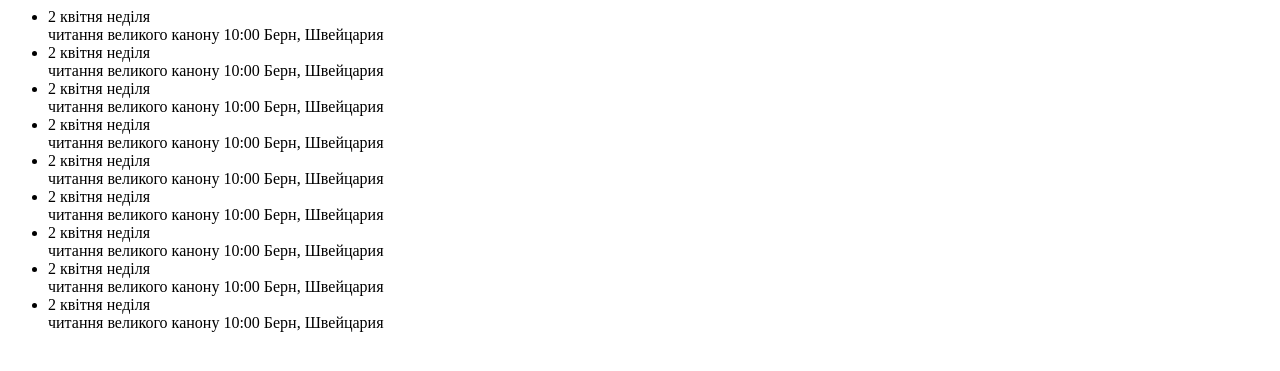
Repository: Gray-01/upcV5
Page: http://localhost/template-parts/schedule.php
These files come from the project's save history. The page is drawn as it stood at one moment and after the next save; the edit follows.
The browser window is 1280 px wide. The pictures show the whole page.
The page is run by PHP 8.4 with error messages shown; the project is at /var/www/html/.

Above is the page before, as saved 2025-10-09 06:40:54.

After the next save:
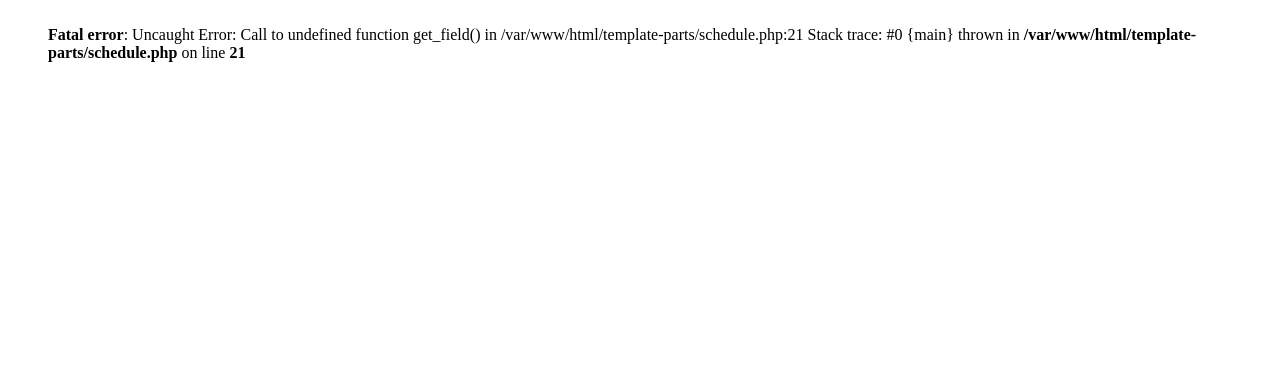
Saved 25 min 41 s later.
--- a/template-parts/schedule.php
+++ b/template-parts/schedule.php
@@ -18,6 +18,20 @@
 
       <ul class="schedule__list">
 
+      <?php if (get_field('schedule_date_1') || get_field('schedule_day_1') || get_field('schedule_event_1') || get_field('schedule_time_1') || get_field('schedule_place_1')): ?>
+            <li class="schedule__item">
+              <div class="schedule__datetime">
+                <time class="schedule__date"><?php the_field('schedule_date_1'); ?></time>
+                <time class="schedule__day"><?php the_field('schedule_day_1'); ?></time>
+              </div>
+              <span class="schedule__event"><?php the_field('schedule_event_1'); ?></span>
+              <span class="schedule__time"><?php the_field('schedule_time_1'); ?></span>
+              <span class="schedule__place"><?php the_field('schedule_place_1'); ?></span>
+            </li>
+          <?php endif; ?>
+
+
+
         <li class="schedule__item">
           <div class="schedule__datetime">
             <time class="schedule__date">2 квітня</time>
@@ -28,8 +42,8 @@
           <span class="schedule__place">Берн, Швейцария</span>
           </li>
          </li>
-                 <li class="schedule__item">
 
+          <li class="schedule__item">
           <div class="schedule__datetime">
             <time class="schedule__date">2 квітня</time>
             <time class="schedule__day">неділя</time>
